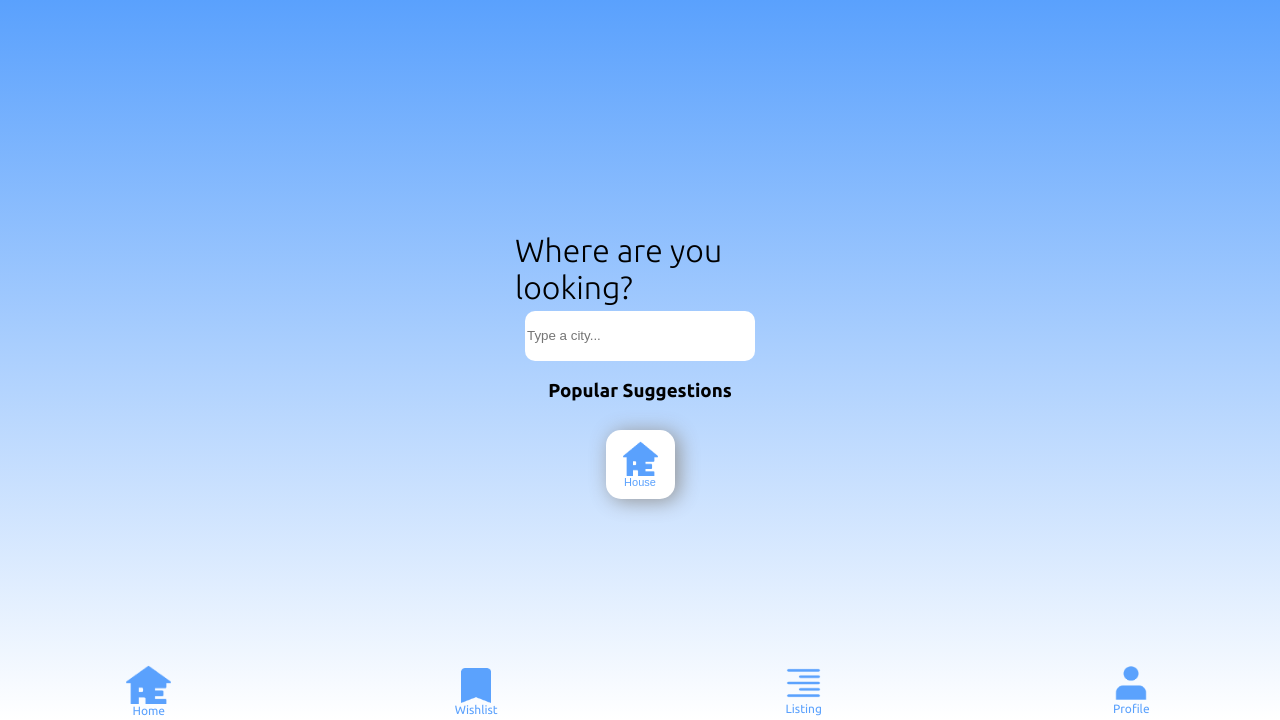
Repository: msyukurrr/realeasy
Page: /listing
An editor plug-in stored every save of this project. The page is shown before and after the next save, followed by the edit.
The browser window is 1280 px wide. The pictures show the whole page.
The project was rebuilt for these pictures with package versions that can differ from the ones it lists, and the page was loaded fresh each time. The framework's server and built-in components were replaced by stand-ins that run in the browser. Also part of the build but not shown: next.config.js.

Above is the page before, as saved 2023-01-27 20:07:56.

### pages/listing.js
import Heading from "../components/Heading";
import NavBar from "../components/NavBar";
import styles from "../styles/Home.module.css"
import MainButton from "../components/Button.js";


export default function Listing(){
    return(
        <><div className={styles.listing}>

        <Heading headingtxt="Where are you looking?"/>

        <input placeholder="Type a city..." style={{width:230, height:50, borderRadius:10, backgroundColor:"white", border:'transparent'}}></input>

        <h3>Popular Suggestions</h3>

        <MainButton />






        </div>
        <NavBar></NavBar>

        </>
    )
}

### styles/globals.css
@import url('https://fonts.googleapis.com/css2?family=Ubuntu:ital,wght@0,300;0,400;0,500;0,700;1,300;1,400;1,500;1,700&display=swap');

html,
body {
  padding: 0;
  margin: 0;
  font-family: "Ubuntu", sans-serif;
  background-color: #E6EEF8;
}

a {
  color: inherit;
  text-decoration: none;
}

* {
  box-sizing: border-box;
}

@media (prefers-color-scheme: dark) {
  html {
    color-scheme: dark;
  }
  body {
    color: white;
    background: E6EEF8;
  }
}

### components/Heading.js
import styled from "styled-components";

const Container = styled.div`
display: flex;
margin-left: 50px;
width: 300px;
height: 100px;

`

const Word = styled.h1`

color: ${props=>props.color};
font-weight: ${props=>props.fontweight};
`

export default function Heading({
    h1="Recommended by people around you",
    fw="300",
    color="#5AA1FD",
    headingtxt="Recommended by people around you"
}){
    return<>
    <Container>
    <Word fontweight={fw}
    >{headingtxt}</Word>
    </Container>
    </>
}

### components/NavBar.js
import styled from "styled-components";
import Link from "next/link";

const NavBarCont = styled.div`
position: fixed;
bottom: 0;
width: 100%;
`
const NavCont = styled.nav`
display: flex;
justify-content: space-around;
width: 100%;
background-color: transparent;
height: 60px;
`
const HomeCont = styled.div`
width: 50px;
height: 50px;
display:flex;
flex-direction: column;
justify-content: center;
align-items: center;
margin-top: ${props=>props.margintop};
`
const WishlistCont = styled.div`
width: 50px;
height: 50px;
display:flex;
flex-direction: column;
justify-content: center;
align-items: center;
margin-left: 30px;
margin-top: ${props=>props.margintop};
margin-bottom: ${props=>props.marginbottom};
`
const ListingCont = styled.div`
width: 50px;

display:flex;
flex-direction: column;
justify-content: center;
align-items: center;
margin-left: 30px;
margin-top: ${props=>props.margintop};
`
const ProfileCont = styled.div`
display:flex;
margin-left: 30px;
margin-top: ${props=>props.margintop};
`

const Icon = styled.img`
display: flex;
justify-content: center;
height: ${props=>props.height};
width: ${props=>props.width};
display: flex;
`

const NavList = styled.span`
display: flex;
align-self: center;
color: #5AA1FD;
font-size: 12px;
`


export default function NavBar({
    mt="5px",
    mb=""
}){
    return <NavBarCont>
    <NavCont>
        <Link href="/">
            <HomeCont margintop="6px">
                <Icon src='./logo.png' height="45px" width="45px"/>
                <NavList>Home</NavList>
            </HomeCont>
        </Link>
        <Link href="/wishlist">
            <WishlistCont margintop="7px">
                <Icon src='./wishlist.png' height="35px" width="30px"></Icon>
                <NavList>Wishlist</NavList>
            </WishlistCont>
        </Link>
        <Link href="/listing">
            <ListingCont margintop="4px">
                <Icon src='./listing.png' height="38px" width="45px"></Icon>
                <NavList>Listing</NavList>
            </ListingCont>
        </Link>
        <Link href="/profile">
            <ListingCont margintop="4px">
                <Icon src='./user.png' height="38px" width="40px"></Icon>
                <NavList>Profile</NavList>
            </ListingCont>
        </Link>
    </NavCont>
    </NavBarCont>
}

### styles/Home.module.css
.container {
  padding: 0 2rem;
}

.main {
  min-height: 100vh;
  padding: 4rem 0;
  flex: 1;
  display: flex;
  flex-direction: column;
  justify-content: center;
  align-items: center;
}


.listing {
  min-height: 100vh;
  padding: 4rem 0;
  flex: 1;
  display: flex;
  flex-direction: column;
  justify-content: center;
  align-items: center;
  background-image: linear-gradient(#5AA1FD, white);
}

.footer {
  display: flex;
  flex: 1;
  padding: 2rem 0;
  border-top: 1px solid #eaeaea;
  justify-content: center;
  align-items: center;
}

.footer a {
  display: flex;
  justify-content: center;
  align-items: center;
  flex-grow: 1;
}

.title a {
  color: #0070f3;
  text-decoration: none;
}

.title a:hover,
.title a:focus,
.title a:active {
  text-decoration: underline;
}

.title {
  margin: 0;
  line-height: 1.15;
  font-size: 4rem;
}

.title,
.description {
  text-align: center;
}

.description {
  margin: 4rem 0;
  line-height: 1.5;
  font-size: 1.5rem;
}

.code {
  background: #fafafa;
  border-radius: 5px;
  padding: 0.75rem;
  font-size: 1.1rem;
  font-family: Menlo, Monaco, Lucida Console, Liberation Mono, DejaVu Sans Mono,
    Bitstream Vera Sans Mono, Courier New, monospace;
}

.grid {
  display: flex;
  align-items: center;
  justify-content: center;
  flex-wrap: wrap;
  max-width: 800px;
}

.card {
  margin: 1rem;
  padding: 1.5rem;
  text-align: left;
  color: inherit;
  text-decoration: none;
  border: 1px solid #eaeaea;
  border-radius: 10px;
  transition: color 0.15s ease, border-color 0.15s ease;
  max-width: 300px;
}

.card:hover,
.card:focus,
.card:active {
  color: #0070f3;
  border-color: #0070f3;
}

.card h2 {
  margin: 0 0 1rem 0;
  font-size: 1.5rem;
}

.card p {
  margin: 0;
  font-size: 1.25rem;
  line-height: 1.5;
}

.logo {
  height: 1em;
  margin-left: 0.5rem;
}

@media (max-width: 600px) {
  .grid {
    width: 100%;
    flex-direction: column;
  }
}

@media (prefers-color-scheme: dark) {
  .card,
  .footer {
    border-color: #222;
  }
  .code {
    background: #111;
  }
  .logo img {
    filter: invert(1);
  }
}

### components/Button.js
import styled from "styled-components";

const ButtonCont = styled.div`
display: flex;
`

const Button = styled.button`
display:flex;
flex-direction: column;
margin: 10px;
align-items: center;
justify-content: center;
background-color: white;
color: #5AA1FD;
filter: drop-shadow(4px 2px 10px #949494);
height: ${props=>props.height};
width: ${props=>props.width};
border-radius: 15px;
border: none;
&:hover{
    border: 1px solid;
    padding: 10px;
    box-shadow: 2px 2px #888888;
}
`

const Icon = styled.img`
height: ${props=>props.height};
width: ${props=>props.width};
`

const Lbl = styled.span`
display: block;
font-size: ${props=>props.fontsize};
`

export default function MainButton ({
    onClick=()=>{},
    src='./logo.png',
    lbltxt='House',
    h="69px",
    w="69px",
    fs="11px",
    iconh="35px",
    iconw="35px"
}){
    return <ButtonCont>
        <Button onClick={onClick} height={h} width={w}>
            <Icon src={src} height={iconh} width={iconw}></Icon>
            <Lbl fontsize={fs}>{lbltxt}</Lbl>
        </Button>
    </ButtonCont>
}

Loaded but not shown: pages/_app.js (common file)

After the next save:
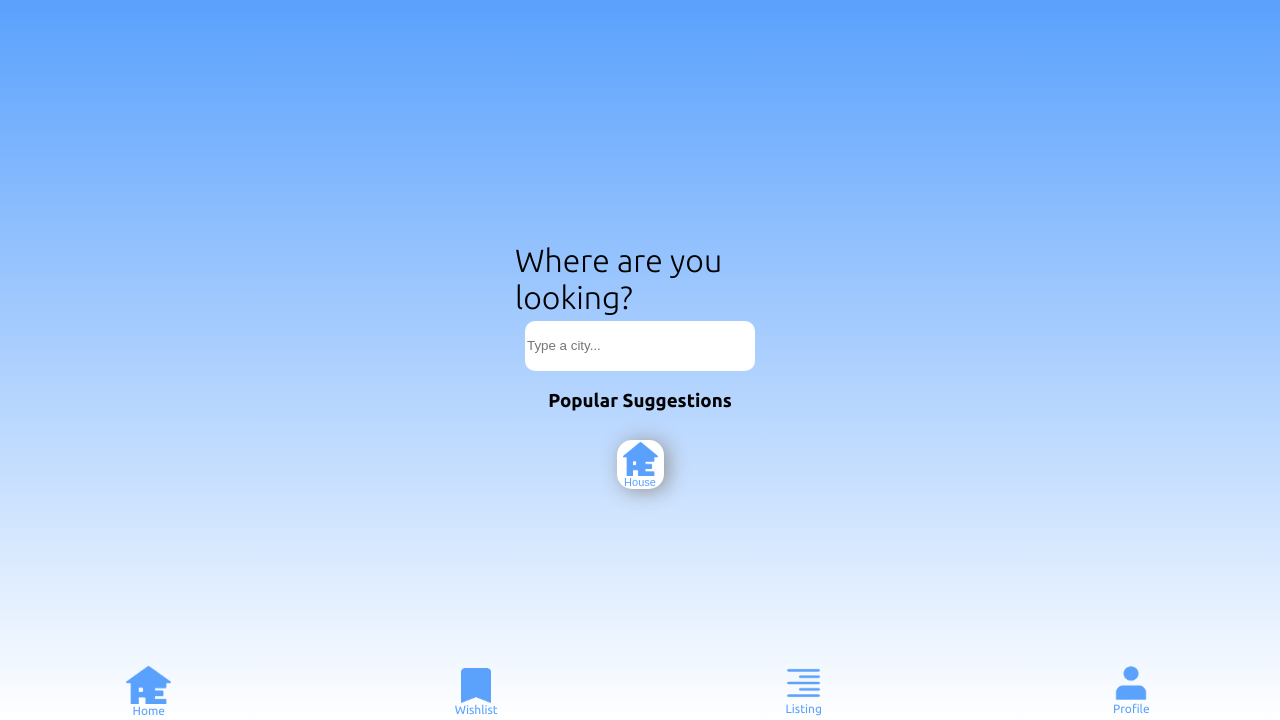
Saved 35 s later.
--- a/pages/listing.js
+++ b/pages/listing.js
@@ -14,7 +14,7 @@
 
         <h3>Popular Suggestions</h3>
 
-        <MainButton />
+        <MainButton h="95" w="95"/>
 
 
 

After the 6 saves that followed:
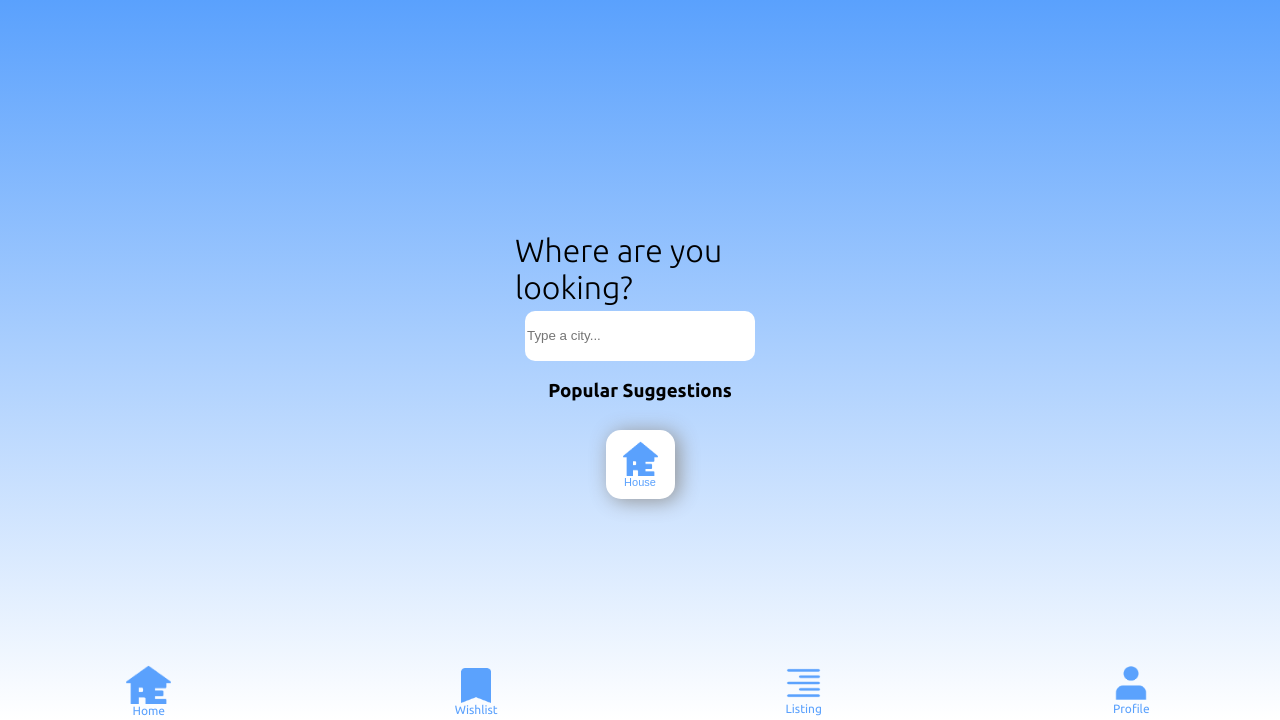
The 6 saves are shown as one change because 5 left the picture as it was.
The last was saved 2 min 46 s later.
--- a/pages/listing.js
+++ b/pages/listing.js
@@ -14,7 +14,7 @@
 
         <h3>Popular Suggestions</h3>
 
-        <MainButton h="95" w="95"/>
+        <MainButton />
 
 
 
--- a/components/Button.js
+++ b/components/Button.js
@@ -17,11 +17,7 @@ height: ${props=>props.height};
 width: ${props=>props.width};
 border-radius: 15px;
 border: none;
-&:hover{
-    border: 1px solid;
-    padding: 10px;
-    box-shadow: 2px 2px #888888;
-}
+
 `
 
 const Icon = styled.img`
